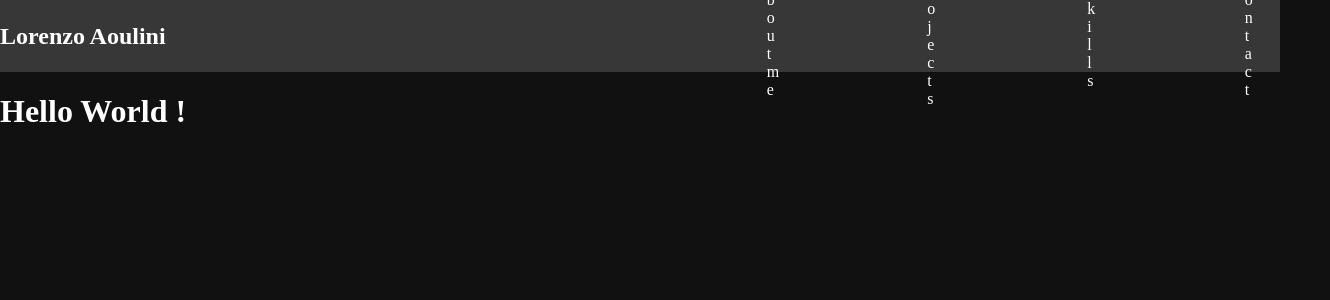
Repository: lolo298/lolo298.github.io
Page: index.html
An editor plug-in stored every save of this project. The page is shown before and after the next save, followed by the edit.
The browser window is 1280 px wide. The page is 1330 px wide, so the pictures cover 1330 px, including what lies to the right of the window. The pictures show the whole page.

Above is the page before, as saved 2022-05-10 13:05:24.

### index.html
<!DOCTYPE html>
<html lang="en">

<head>
    <meta charset="UTF-8">
    <meta http-equiv="X-UA-Compatible" content="IE=edge">
    <meta name="viewport" content="width=device-width, initial-scale=1.0">
    <link rel="stylesheet" href="css/style.css">
    <script src="js/functions.js"></script>
    <title>Portfolio</title>
</head>

<body>
    <div class="main-container">
        <nav class="main-navbar">
            <h1>Lorenzo Aoulini</h1>
            <div class="main-navbar-list">
                <a class="main-navbar-item" href="#">
                    <div>About me</div>
                </a>
                <a class="main-navbar-item" href="#">
                    <div>Projects</div>
                </a>
                <a class="main-navbar-item" href="#">
                    <div>Skills</div>
                </a>
                <a class="main-navbar-item" href="#">
                    <div>Contact</div>
                </a>
            </div>

        </nav>
        <h1>Hello World !</h1>

    </div>

</body>

</html>

### css/style.css
html {
    background-color: #111111;
}

body {
    padding: 0;
    margin: 0;
    width: 100vw;
    height: 100vh;
}

.main-container {
    color: white;
    height: 100%;
    width: 100%;
}

.main-navbar {
    background-color: #373737;
    height: 10%;
    width: 100%;
    display: flex;
    justify-content: space-between;
    align-items: center;
}

.main-navbar>* {
    margin: 0;
}

.main-navbar-list {
    width: 45%;
    display: flex;
    flex-direction: row;
    align-items: center;
    justify-content: space-between;
    list-style: none;
    margin-right: 1%;
    height: 100%;
}

.main-navbar-item {
    display: flex;
    align-items: center;
    justify-content: center;
    text-decoration: none;
    color: white;
    width: max-content;
    height: 100%;
    padding: 0% 10% 0% 10%;
    word-wrap: break-word;
}

.main-navbar-item:hover {
    background-color: #6A6A6A;
}

.main-navbar-item>div {
    width: 10%;
}

Loaded but not shown: js/functions.js (no copy from this time; the picture is the same without it)

After the next save:
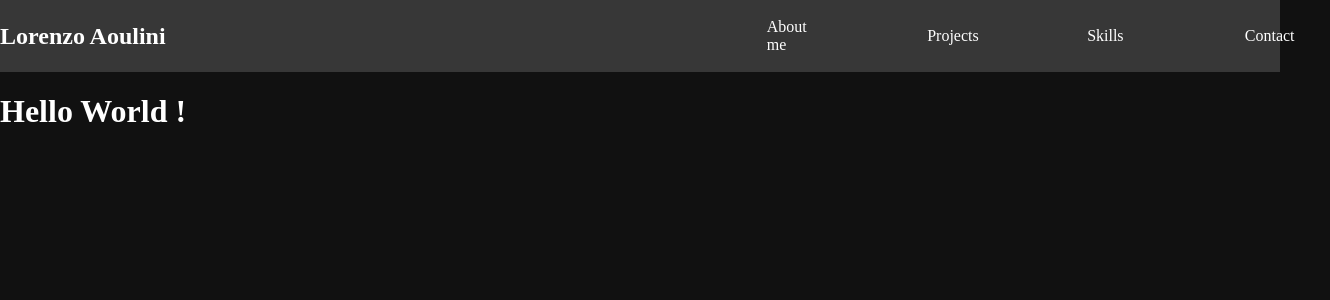
Saved 4 s later.
--- a/css/style.css
+++ b/css/style.css
@@ -48,7 +48,6 @@ body {
     width: max-content;
     height: 100%;
     padding: 0% 10% 0% 10%;
-    word-wrap: break-word;
 }
 
 .main-navbar-item:hover {
